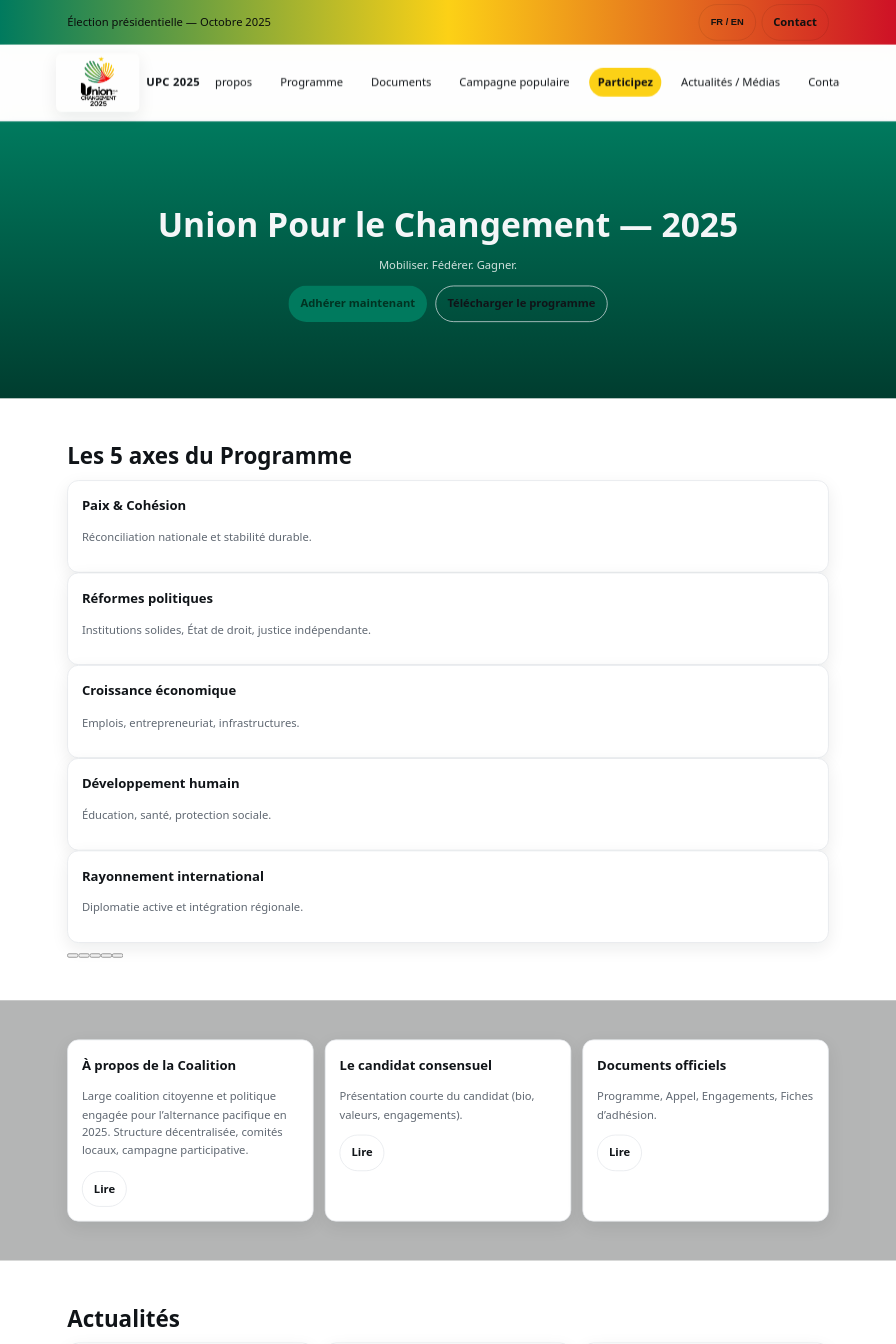
Repository: Kishny/upc2025
Page: index.html
These files come from the project's save history. The page is drawn as it stood at one moment and after the next save; the edit follows.
The browser window is 1280 px wide. The pictures show the part of the page from y = 0 to 1920 px (the page is 2679 px tall before and 2671 px after), at 70% of full size.

Above is the page before, as saved 2025-09-11 01:28:52.

After the next save:
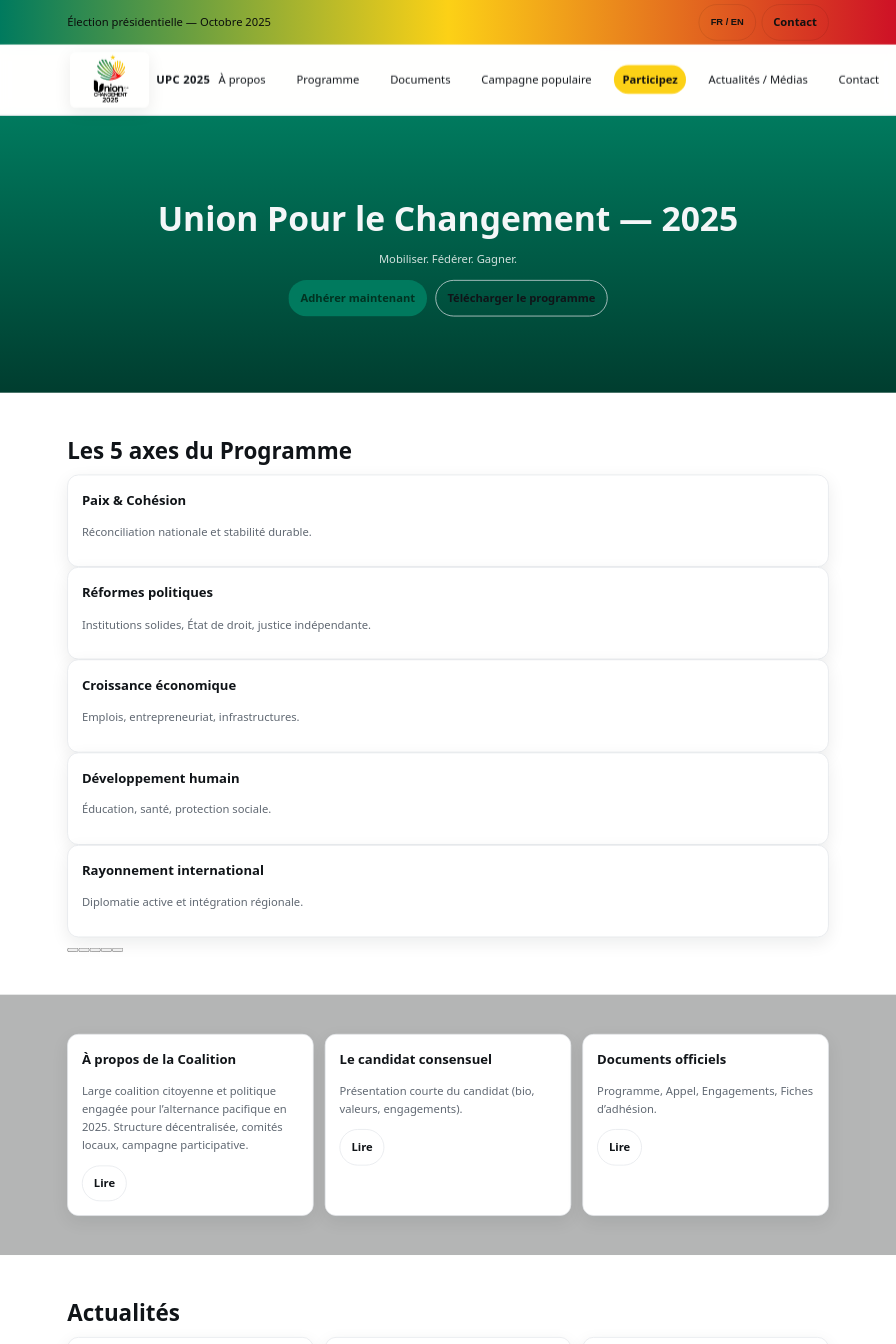
Saved 3 min 10 s later.
--- a/assets/css/styles.css
+++ b/assets/css/styles.css
@@ -134,70 +134,59 @@ a {
 }
 
 /* =========
-   HEADER (clair, collé, lisible sur fond clair)
+   HEADER (clair, logo à gauche, nav à droite)
    ========= */
 .header {
   position: sticky;
   top: 0;
-  z-index: 50;
-  background: rgba(255, 255, 255, 0.86);
+  z-index: 100;
+  background: rgba(255, 255, 255, 0.92);
   backdrop-filter: saturate(140%) blur(10px);
   border-bottom: 1px solid var(--border);
-  margin-bottom: 0;
 }
 
 .header__inner {
   display: flex;
   align-items: center;
-  justify-content: space-between;
-  gap: 20px; /* un peu d’air sans pousser la nav */
-  padding: 12px 0;
-}
-
+  justify-content: space-between; /* logo collé gauche / nav collée droite */
+  padding: 10px 20px;
+}
+
+/* Logo */
 .brand {
   display: flex;
   align-items: center;
   gap: 10px;
-  flex-shrink: 0; /* le logo n’écrase pas la nav */
-}
-
+  flex-shrink: 0; /* évite que le logo rapetisse */
+}
 .brand__logo {
-  height: clamp(60px, 8vw, 84px); /* + souple que 100px fixe */
+  height: clamp(50px, 7vw, 80px);
   width: auto;
   border-radius: 8px;
   box-shadow: var(--shadow);
-  margin: 0;
-}
-
+}
 .brand__title {
   font-weight: 800;
   letter-spacing: 0.5px;
-  white-space: nowrap; /* pas de retour à la ligne */
-}
-
-/* NAV desktop */
+  white-space: nowrap;
+}
+
+/* Nav desktop */
 .nav {
   display: flex;
   align-items: center;
-  gap: 16px;
-  flex: 1 1 auto; /* prend la place restante */
-  justify-content: center;
-  flex-wrap: nowrap; /* clé : pas de wrap */
-  min-width: 0; /* évite les débordements flex */
-}
-
+  gap: 20px;
+  margin-left: auto; /* pousse la nav à droite */
+}
 .nav a {
   padding: 8px 12px;
   border-radius: 999px;
-  white-space: nowrap; /* empêche “Actualités / Médias” de se couper */
-  word-break: keep-all;
-}
-
+  white-space: nowrap;
+}
 .nav a:hover,
 .nav a.active {
   background: var(--surface-2);
 }
-
 .nav__cta {
   background: var(--cm-yellow);
   color: #111;
@@ -223,17 +212,7 @@ a {
   transition: 0.2s;
 }
 
-/* Option confort : si ça serre juste avant le breakpoint, on autorise un scroll discret */
-@media (min-width: 901px) {
-  .nav {
-    overflow-x: auto;
-  }
-  .nav::-webkit-scrollbar {
-    display: none;
-  }
-}
-
-/* NAV mobile */
+/* Nav mobile */
 @media (max-width: 900px) {
   .nav {
     position: fixed;
@@ -241,10 +220,9 @@ a {
     transform: translateY(-120%);
     background: rgba(255, 255, 255, 0.98);
     border-bottom: 1px solid var(--border);
-    padding: 16px;
+    padding: 20px;
     flex-direction: column;
-    justify-content: flex-start;
-    gap: 10px;
+    gap: 12px;
   }
   .nav.open {
     transform: translateY(0);
